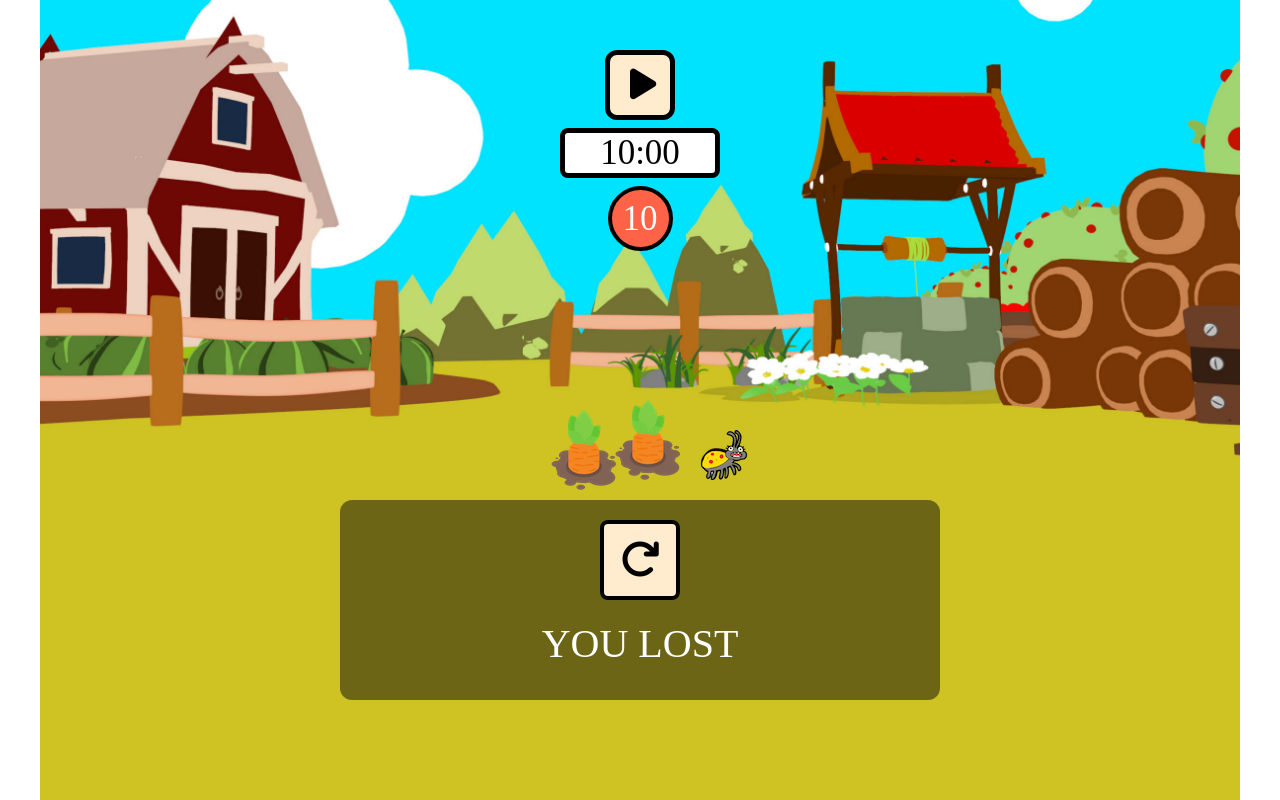
Repository: keehoonjung/Bug-Game
Page: index.html
An editor plug-in stored every save of this project. The page is shown before and after a run of saves, followed by the edit.
The browser window is 1280 px wide. The pictures show the whole page.
Some web libraries are served in a nearby version.

Above is the page before, as saved 2021-08-10 11:39:16.
Console error: TypeError: Cannot read properties of null (reading 'addEventListener')

### index.html
<!DOCTYPE html>
<html lang="en">
<head>
    <meta charset="UTF-8">
    <meta http-equiv="X-UA-Compatible" content="IE=edge">
    <meta name="viewport" content="width=device-width, initial-scale=1.0">
    <title>Document</title>
    <link rel="stylesheet" href="style.css">
    <script src="main.js"></script>
    <script src="https://kit.fontawesome.com/a7a8d59961.js" crossorigin="anonymous"></script>
</head>
<body>
    <section class="container">
        <section class="header">
            <button class="play__btn">
                <i class="fas fa-play"></i>
            </button>
            <div class="timer">
                10:00
            </div>
            <div class="count">10</div>
        </section>
        <section class="playground">
            <img src="./img/carrot.png" alt="carrot" class="carrot">
            <img src="./img/carrot.png" alt="carrot" class="bug">
            <img src="./img/bug.png" alt="bug">
        </section>
        <div class="popup">
            <button class="popup__btn">
                <i class="fas fa-redo"></i>
            </button>
            <div class="popup__message">YOU LOST</div>
        </div>
    </section>
</body>
</html>

### style.css
* {
  box-sizing: border-box;
}

body {
  margin: 0;
  text-align: center;
}

.container {
  background: center/ cover no-repeat url(/img/background.png);
  width: 1200px;
  height: 800px;
  margin: auto;
}

.header {
  height: 400px;
  padding-top: 50px;
}

.play__btn {
  width: 70px;
  height: 70px;
  background-color: blanchedalmond;
  font-size: 35px;
  border: 5px solid black;
  border-radius: 12px;
  padding-left: 12px;
  margin-bottom: 8px;
}

.timer {
  margin: auto;
  width: 160px;
  height: 50px;
  border: 5px solid black;
  border-radius: 8px;
  font-size: 35px;
  background-color: white;
  margin-bottom: 8px;
}

.count {
  margin: auto;
  width: 65px;
  height: 65px;
  background-color: tomato;
  border: 4px solid black;
  border-radius: 50%;
  font-size: 35px;
  padding: 9px 0;
  color: white;
}

.playground {
  height: 400px;
}

.carrot {
  position: relative;
  top: 10px;
  left: 20px;
}

.bug {
  position: relative;
}

.popup {
  position: relative;
  bottom: 300px;
  left: 300px;
  width: 600px;
  height: 200px;
  background-color: rgba(9, 9, 9, 0.5);
  padding-top: 20px;
  border-radius: 12px;
}

.popup__btn {
  width: 80px;
  height: 80px;
  background-color: blanchedalmond;
  border: 4px solid black;
  border-radius: 8px;
  font-size: 40px;
  margin-bottom: 20px;
}

.popup__message {
  font-size: 40px;
  color: white;
}

### main.js
"use strict";

// 1. 플레이 버튼 누르면 벌래랑 당근 만들기.
const carroutCount = 10;
const bugCount = 6;

const playBtn = document.querySelector(".play__btn");
const playground = document.querySelector(".playground");

playBtn.addEventListener("click", () => {
  createItem();
});

function createItem() {
  createCarrot(carroutCount);
  createBug(bugCount);
}

// 2. 플레이 버튼 누르면 시간 감소

// 3. 당근, 벌래 누르면 없어짐

// 4. 당근 없어질때마다 카운트 감소

// 5. 카운트가 다 달면 팝업 보이기, 시간 다달면 팝업 보이기, 벌래 클릭하면 팝업 보이기

After the next 2 saves:
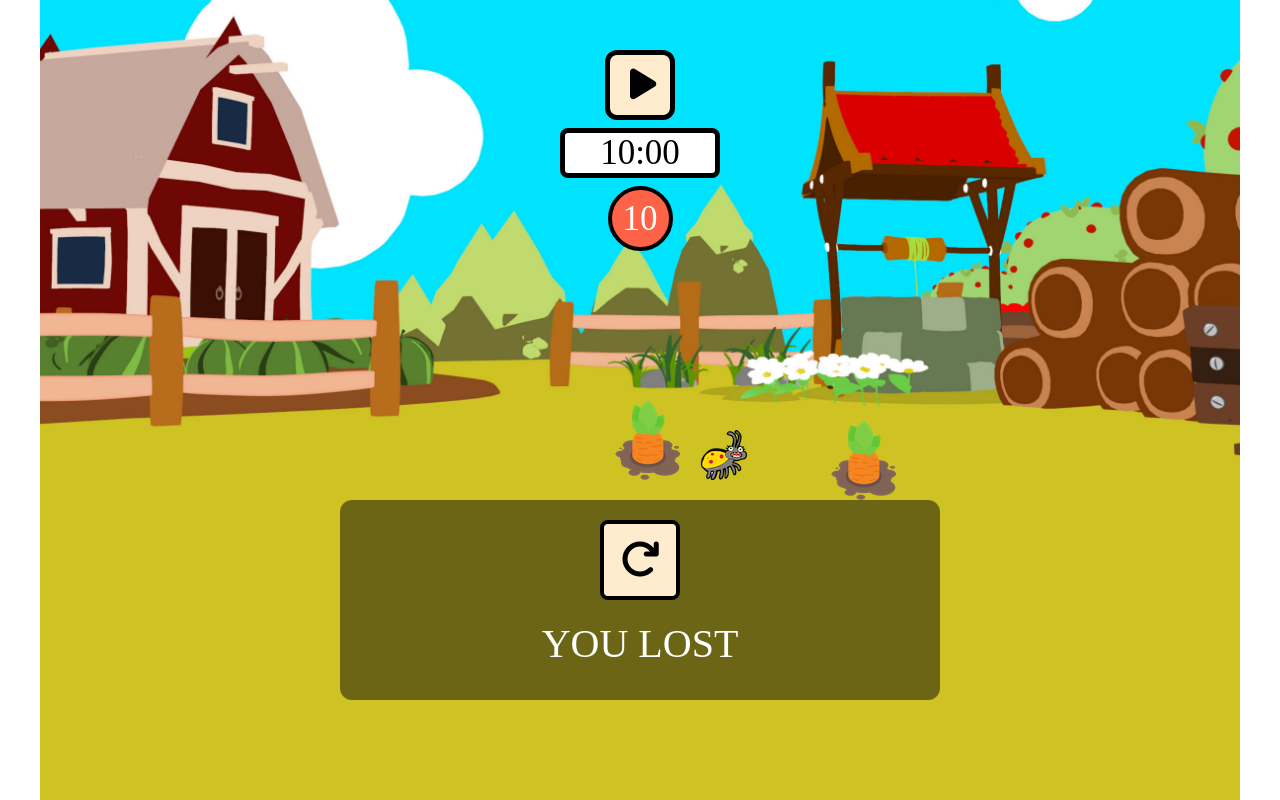
The 2 saves are shown as one change because they came seconds apart.
The last was saved 11 s later.
--- a/style.css
+++ b/style.css
@@ -59,8 +59,8 @@ body {
 
 .carrot {
   position: relative;
-  top: 10px;
-  left: 20px;
+  top: 20px;
+  left: 300px;
 }
 
 .bug {
